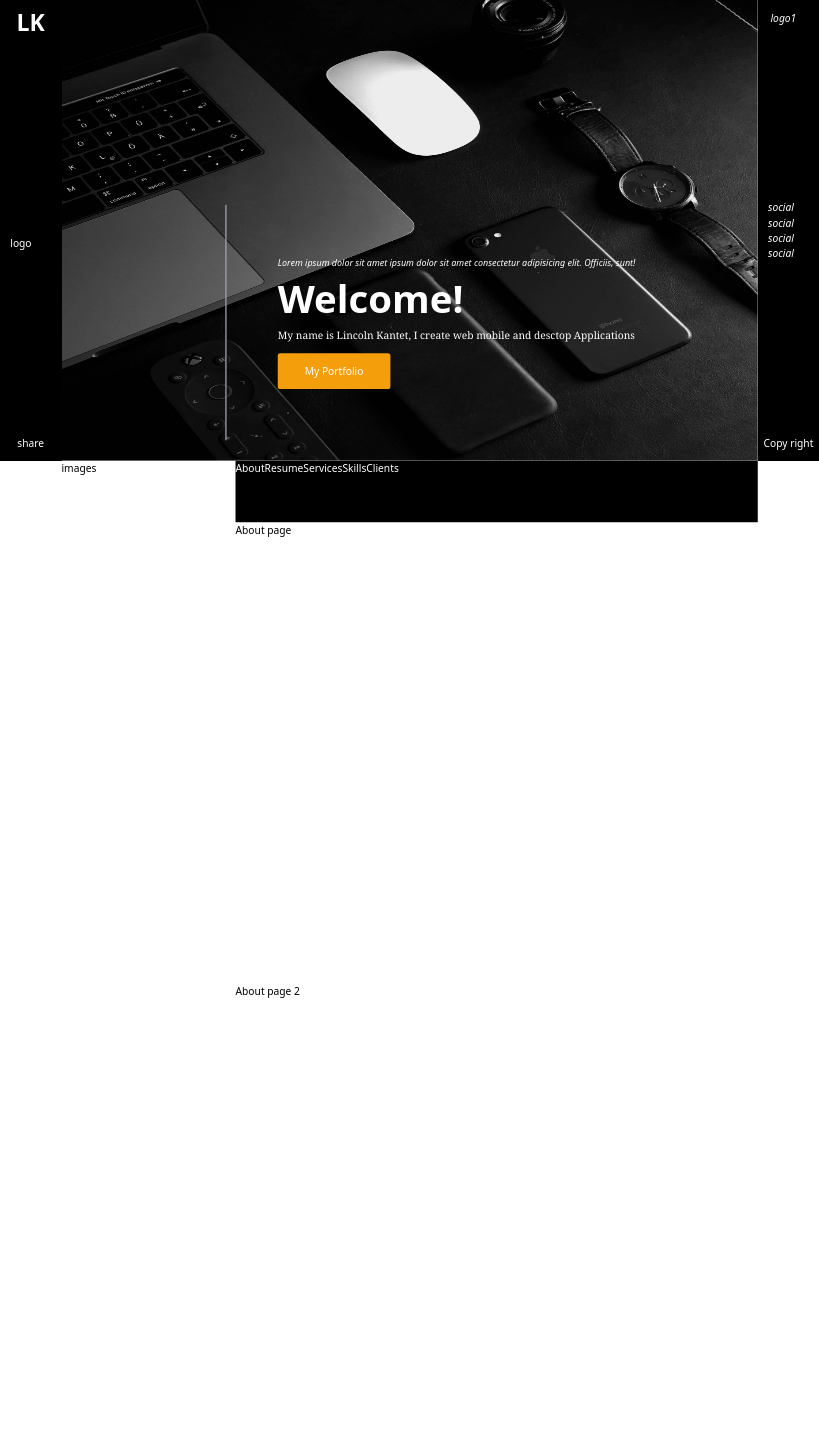
Repository: linco6054/template-tailwindcss
Page: index.html
An editor plug-in stored every save of this project. The page is shown before and after a run of saves, followed by the edit.
The browser window is 1280 px wide. The pictures show the whole page, at 64% of full size.

Above is the page before, as saved 2021-08-17 17:47:03.

### index.html
<!DOCTYPE html>
<html lang="en">

  <head>
    <meta charset="UTF-8" />
    <meta http-equiv="X-UA-Compatible" content="IE=edge" />
    <meta name="viewport" content="width=device-width, initial-scale=1.0" />
    <link href="https://unpkg.com/tailwindcss@^2/dist/tailwind.min.css" rel="stylesheet" />
    <link rel="stylesheet" href="style.css">
    <title>Lincoln Kantet</title>
  </head>

  <body class="font-sans text-white  max-w-full h-auto flex flex-col lg:flex-row">
    <!-- nav -->
    <nav class="
        fixed
        top-0
        lg:left-0
        overflow-hidden
        bg-black
        h-20
        flex
        justify-between
        lg:flex-col
        items-center
        w-full
        lg:w-24 lg:h-screen
        z-50
      ">
      <span>
        <h1 class="mx-4 lg:mt-4 text-4xl font-bold">LK</h1>
      </span>
      <div class="mx-4 cursor-pointer">
        <i class="opacity-0 hover:opacity-100">menu</i>
        <span>logo</span>
      </div>

      <span class="mx-4 lg:mb-4">share</span>
    </nav>
    <!-- pages -->
    <section class="
        px-0
        lg:px-24
        overflow-hidden
        flex-col
        md:w-full
        lg:w-full
        h-auto
        text-black
        pt-20
        md:pt-0

      ">
      <div class="h-screen w-full relative overflow-hidden">
        <img class="absolute  z-0 h-full w-full" src="/images/bg.jpg" alt="">

        <div
          class="md:border-l-2 md:pl-20 md:py-20 md:border-gray-400 px-10 lg:ml-64 absolute text-white top-64 md:top-80 w-full z-20 flex flex-col  items-left  ">
          <i class="w-full text-sm mb-4 ">Lorem ipsum dolor sit amet ipsum dolor sit amet consectetur adipisicing elit.
            Officiis, sunt!</i>
          <h1 class="font-extrabold text-6xl mb-4">Welcome!</h1>
          <p class="font-serif mb-4">My name is Lincoln Kantet, I create web mobile and desctop Applications</p>
          <button class="bg-yellow-500 px-4 py-2 md:px-10 md:py-4 rounded w-44 hover:bg-yellow-700 ">My
            Portfolio</button>
        </div>
      </div>
      </div>
      <!-- other screen mother container -->
      <div class="h-auto relative flex ">
        <div class="w-1/3 hidden md:block">images</div>
        <div class="w-full">
          <nav class="text-white sticky top-24 h-24 bg-black w-full flex">
            <div>
              <a href="about">About</a>
            </div>
            <div>
              <a href="about">Resume</a>
            </div>
            <div>
              <a href="about">Services</a>
            </div>
               <div>
              <a href="about">Skills</a>
            </div>
               <div>
              <a href="about">Clients</a>
            </div>
          </nav>
          <main>
            <div class="h-screen">About page</div>
            <div class="h-screen">About page 2</div>
          </main>
        </div>

      </div>
      <!-- end of other screen mother container -->
    </section>
    <!-- footer -->
    <footer class="
        lg:fixed lg:right-0
        overflow-hidden
        w-full
        lg:w-24
        bg-black
        h-20
        flex
        lg:h-screen
        flex-row-reverse
        justify-between
        items-center
        lg:flex-col
      ">
      <span class="mr-4 lg:mt-4">
        <i>logo1</i>
      </span>
      <span class="ml-4">
        <i>social</i>
        <i>social</i>
        <i>social</i>
        <i>social</i>
      </span>
      <span class="hidden lg:block lg:mb-4 ">
        <p class="md:rotate-90">Copy right</p>
      </span>
    </footer>
  </body>

</html>

Loaded but not shown: style.css (no stored copy; drawn as an empty file)

After the next 3 saves:
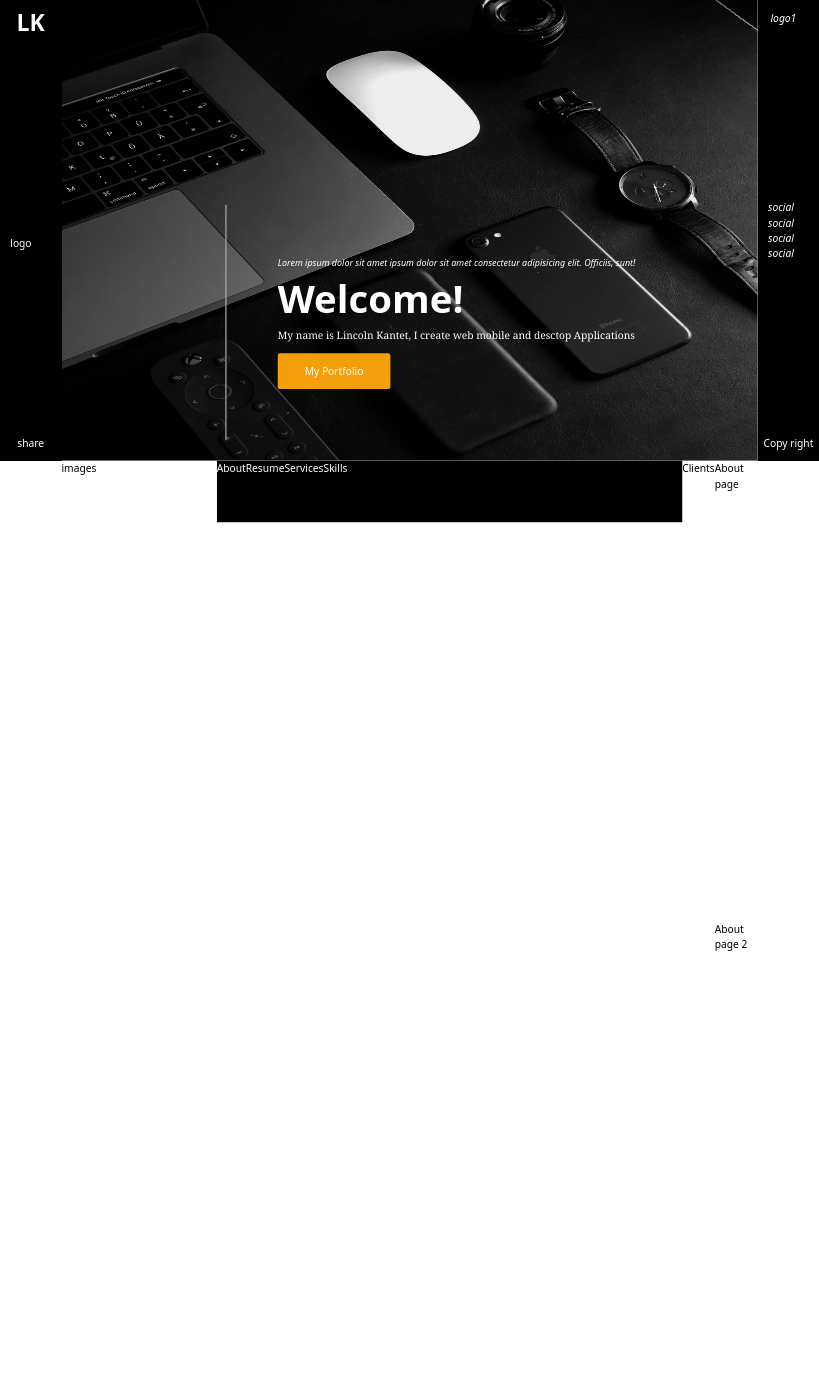
The 3 saves are shown as one change because they came seconds apart.
The last was saved 39 s later.
--- a/index.html
+++ b/index.html
@@ -70,16 +70,13 @@
         <div class="w-1/3 hidden md:block">images</div>
         <div class="w-full">
           <nav class="text-white sticky top-24 h-24 bg-black w-full flex">
-            <div>
+
               <a href="about">About</a>
-            </div>
-            <div>
+
               <a href="about">Resume</a>
-            </div>
-            <div>
+
               <a href="about">Services</a>
-            </div>
-               <div>
+
               <a href="about">Skills</a>
             </div>
                <div>

After the 2 saves that followed:
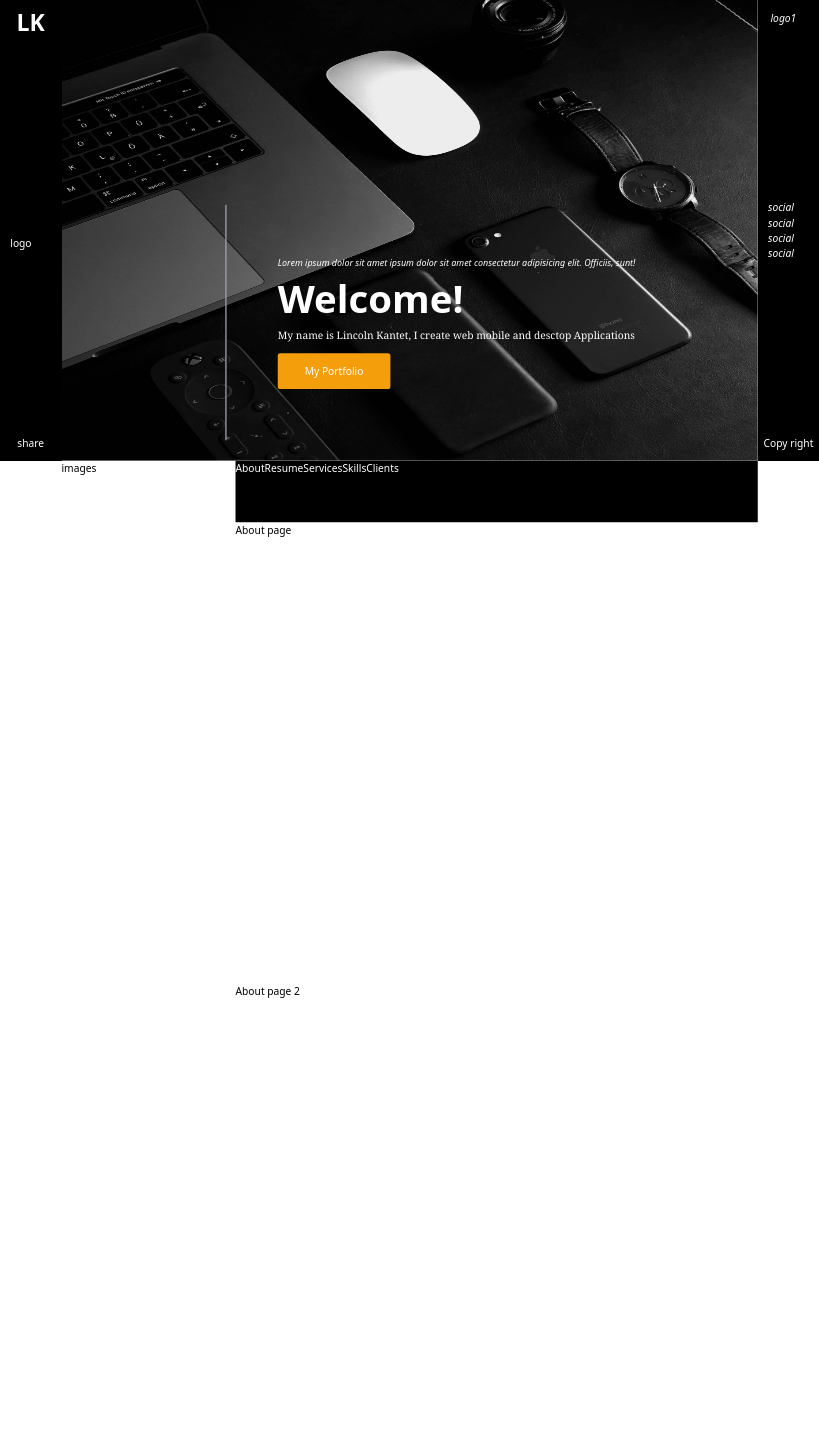
The 2 saves are shown as one change because they came seconds apart.
The last was saved 5 s later.
--- a/index.html
+++ b/index.html
@@ -78,10 +78,9 @@
               <a href="about">Services</a>
 
               <a href="about">Skills</a>
-            </div>
-               <div>
+
               <a href="about">Clients</a>
-            </div>
+
           </nav>
           <main>
             <div class="h-screen">About page</div>
